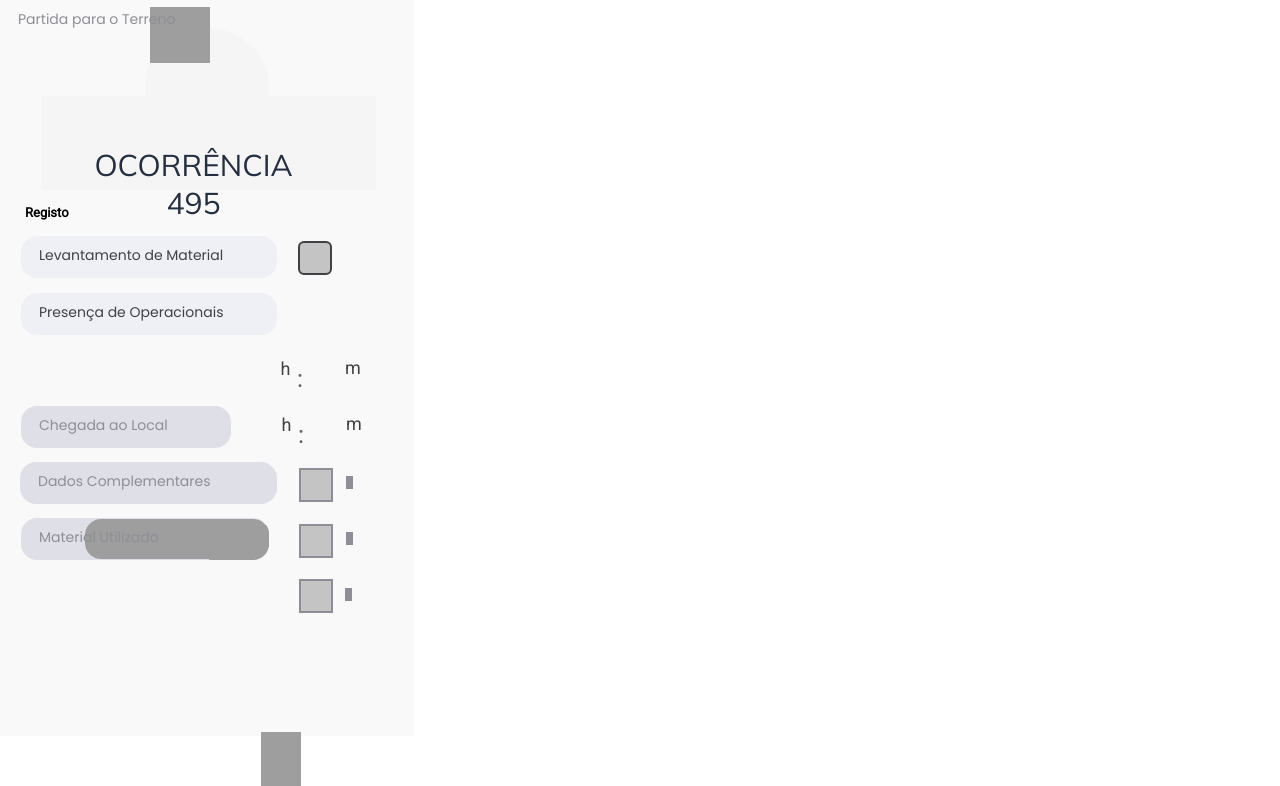
Repository: UnivMinho/D12_frontend
Page: Responsável no Terreno/Front-Office/RegistoDadosOcorrencia.html
The author's editor kept a record of every edit. The page is drawn from the files as they stood at one moment, then again after the next edit.
The browser window is 1280 px wide. The pictures show the whole page.
Pictures or frames that could not be fetched are drawn as grey boxes. Some web libraries are served in a nearby version.

Above is the page before.

After the next edit:
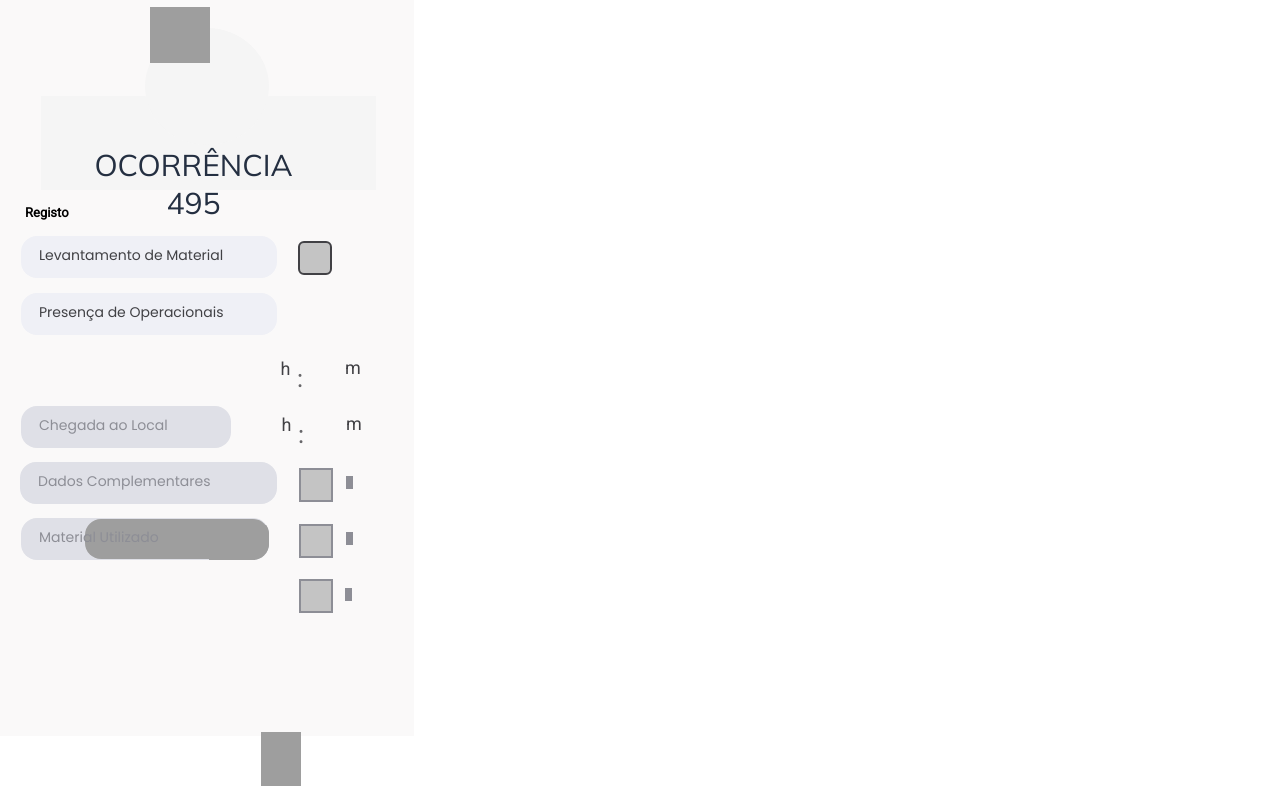
The edit:
--- a/Responsável no Terreno/Front-Office/RegistoDadosOcorrencia.css
+++ b/Responsável no Terreno/Front-Office/RegistoDadosOcorrencia.css
@@ -363,7 +363,7 @@
   transform: rotate(-135deg);
 }
 
-.v67_15 {
+.textoPartida {
   width: 175px;
   color: rgba(141,142,150,1);
   position: absolute;
